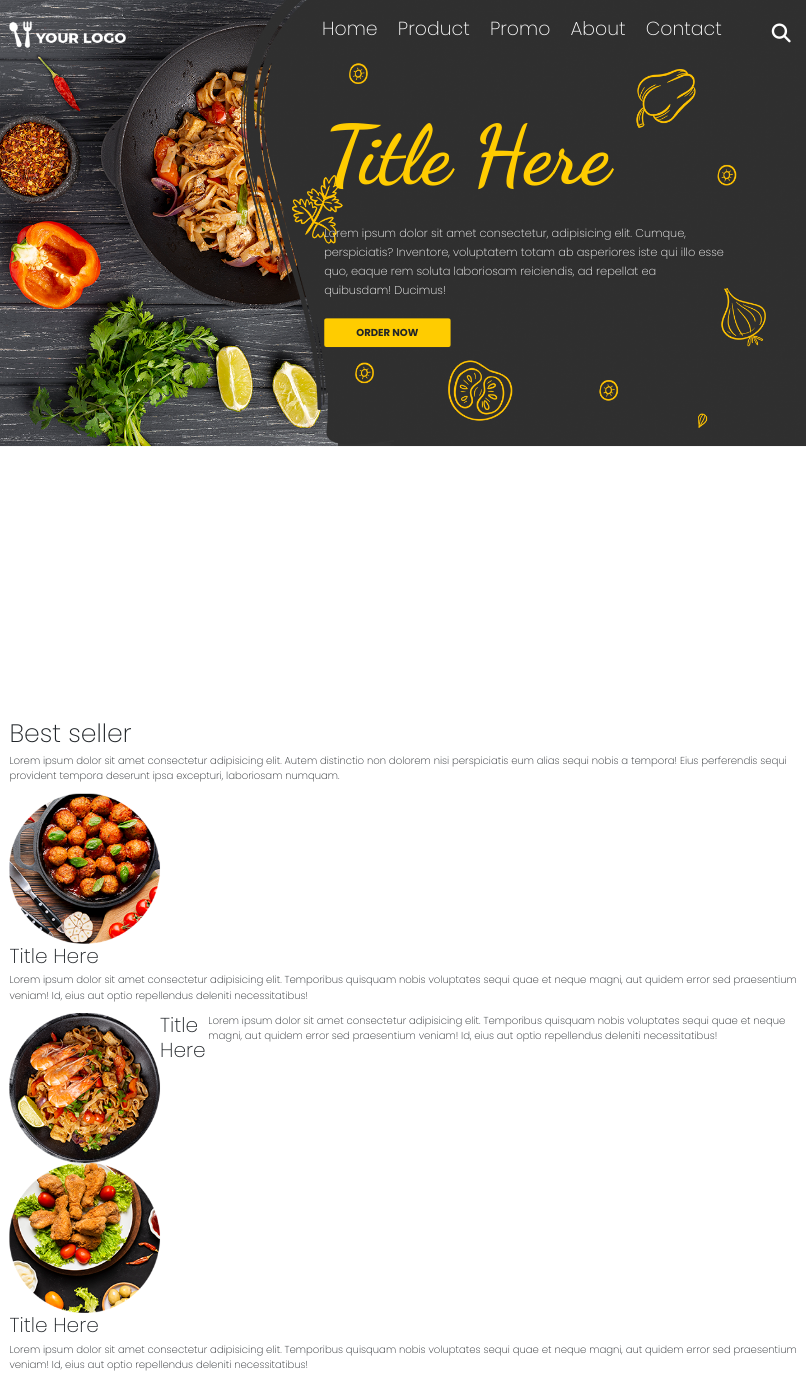
Repository: iphoneboy46/templateRestaurent
Page: index.html
The author's editor kept a copy of each file at every save. The page is drawn from the files as they stood at one save, then again after the next save.
The browser window is 1280 px wide. The pictures show the whole page, at 63% of full size.

Above is the page before, as saved 2022-10-12 15:24:44.

After the next save:
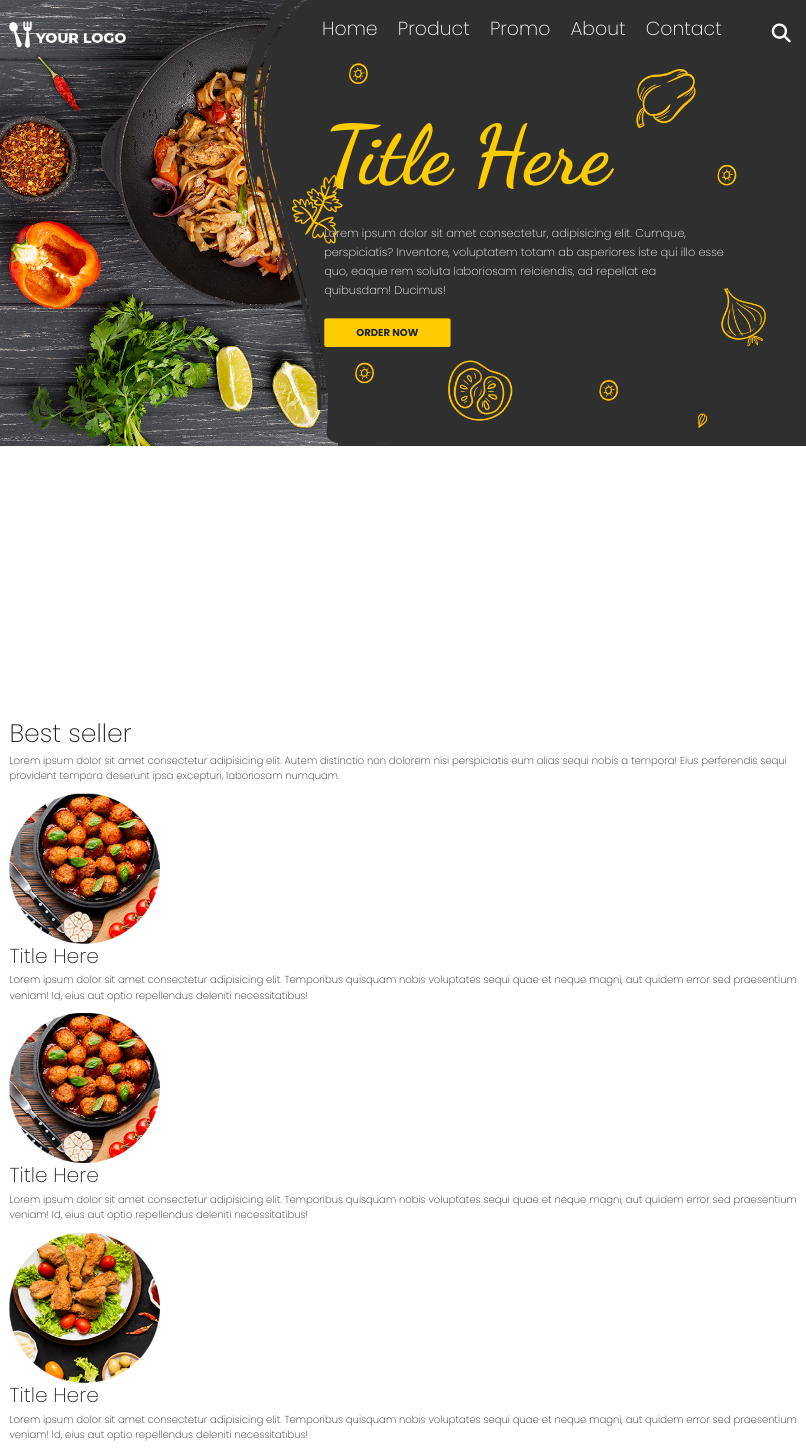
Saved 14 s later.
--- a/index.html
+++ b/index.html
@@ -74,9 +74,9 @@
                         <p>Lorem ipsum dolor sit amet consectetur adipisicing elit. Temporibus quisquam nobis voluptates sequi quae et neque magni, aut quidem error sed praesentium veniam! Id, eius aut optio repellendus deleniti necessitatibus!</p>
                     </div>
                 </div>
-                <div class="d-flex">
+                <div>
                     <div>
-                        <img src="images/img2.png" alt="">
+                        <img src="images/img1.png" alt="">
                     </div>
                     <div>
                         <h2>Title Here</h2>
